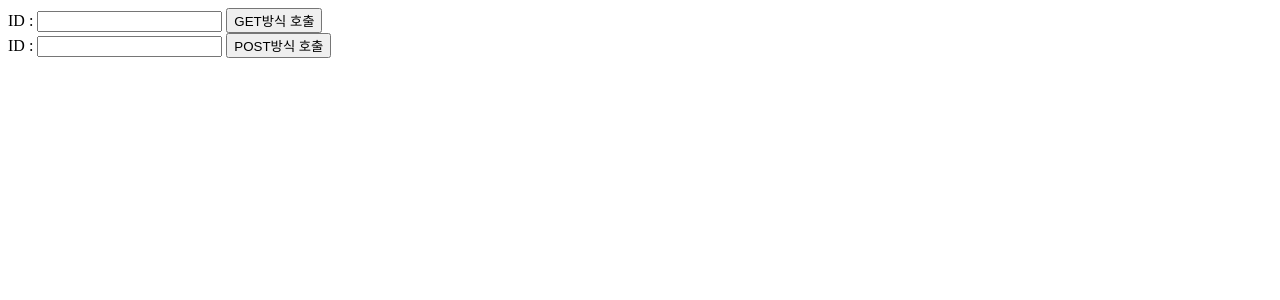
Repository: skim24245/web_workspace_src
Page: Lecture-Web/src/main/webapp/Servlet/method.html
The author's editor kept a copy of each file at every save. The page is drawn from the files as they stood at one save, then again after the next save.
The browser window is 1280 px wide. The pictures show the whole page.

Above is the page before, as saved 2022-06-02 02:48:46.

### Lecture-Web/src/main/webapp/Servlet/method.html
<!DOCTYPE html>
<html>
<head>
<meta charset="UTF-8">
<title>Insert title here</title>
</head>
<body>
<!-- http://localhost:9999/Lecture-Web/method 요청 -->


<form action="/Lecture-Web/method" method="get">
ID : <input type="text" name="id">
	 <input type="submit" value ="GET방식 호출">

</form>


<!-- http://localhost:9999/Lecture-Web/method 요청 -->
<form action="/Lecture-Web/method" method="post">
ID : <input type="text" name="id">
	 <input type="submit" value ="POST방식 호출">
</form>



</body>
</html>

After the next save:
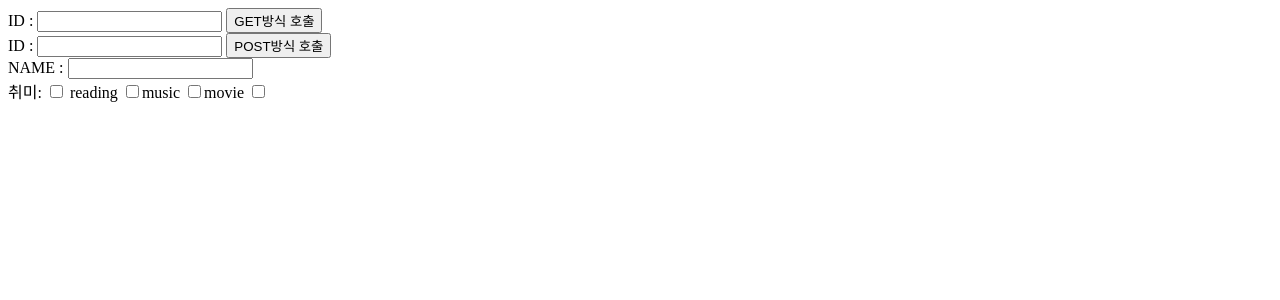
Saved 7 min 29 s later.
--- a/Lecture-Web/src/main/webapp/Servlet/method.html
+++ b/Lecture-Web/src/main/webapp/Servlet/method.html
@@ -15,13 +15,22 @@ ID : <input type="text" name="id">
 </form>
 
 
-<!-- http://localhost:9999/Lecture-Web/method 요청 -->
+
 <form action="/Lecture-Web/method" method="post">
 ID : <input type="text" name="id">
 	 <input type="submit" value ="POST방식 호출">
 </form>
 
 
+<form action="/Lecture-Web/servlet/exam" method="get">
+NAME : <input type="text" name="name"><br>
+취미:
+<input type="checkbox" name="hobby" value="reading"> reading
+ <input type="checkbox" name="hobby" value="music">music
+ <input type="checkbox" name="hobby" value="movie">movie
+ <input type="checkbox" value="전송">
+
+</form>
 
 </body>
 </html>
